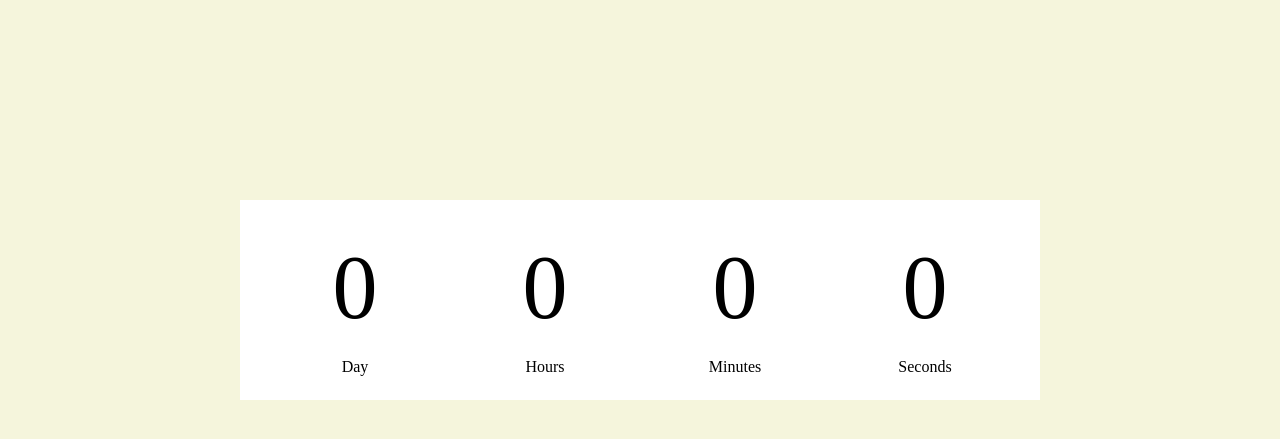
Repository: tienbkvn0605/counddown-demo
Page: index.html
These files come from the project's save history. The page is drawn as it stood at one moment and after the next save; the edit follows.
The browser window is 1280 px wide. The pictures show the whole page.

Above is the page before, as saved 2022-10-04 23:25:10.

### index.html
<!DOCTYPE html>
<html lang="en">
  <head>
    <meta charset="UTF-8" />
    <meta http-equiv="X-UA-Compatible" content="IE=edge" />
    <meta name="viewport" content="width=device-width, initial-scale=1.0" />
    <link rel="stylesheet" href="resetcss.css" />
    <link rel="stylesheet" href="style.css" />
    <title>Document</title>
  </head>
  <body>
    <ul class="countdown">
      <li>
        <span class="number days">0</span>
        <span class="text">Day</span>
      </li>
      <li>
        <span class="number hours">0</span>
        <span class="text">Hours</span>
      </li>
      <li>
        <span class="number minutes">0</span>
        <span class="text">Minutes</span>
      </li>
      <li>
        <span class="number seconds">0</span>
        <span class="text">Seconds</span>
      </li>
    </ul>
  </body>
  <script src="app.js"></script>
</html>

### resetcss.css
*,
*::before,
*::after {
  box-sizing: border-box;
}
* {
  margin: 0;
  padding: 0;
  font: inherit;
}
body {
  line-height: 1.5;
}
img,
picture,
video,
canvas,
svg {
  display: block;
  max-width: 100%;
}
input,
button,
textarea,
select {
  outline: none;
}
p,
h1,
h2,
h3,
h4,
h5,
h6 {
  overflow-wrap: break-word;
}

### style.css
body {
  background-color: beige;
}
ul {
  list-style: none;
}
.countdown {
  width: 800px;
  height: 200px;
  margin: 200px auto;
  background-color: white;
  display: grid;
  grid-template-columns: repeat(4, 1fr);
  padding: 20px;
}
.countdown li {
  display: flex;
  align-items: center;
  flex-direction: column;
}
.number {
  font-size: 90px;
}

Loaded but not shown: app.js (no copy from this time; the picture is the same without it)

After the next save:
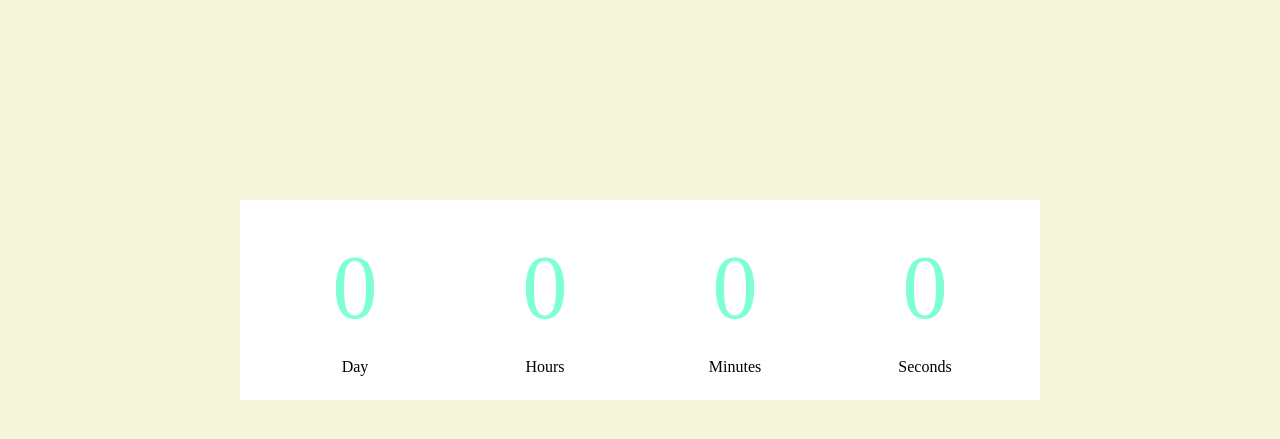
Saved 30 s later.
--- a/style.css
+++ b/style.css
@@ -20,4 +20,5 @@ ul {
 }
 .number {
   font-size: 90px;
+  color: aquamarine;
 }
